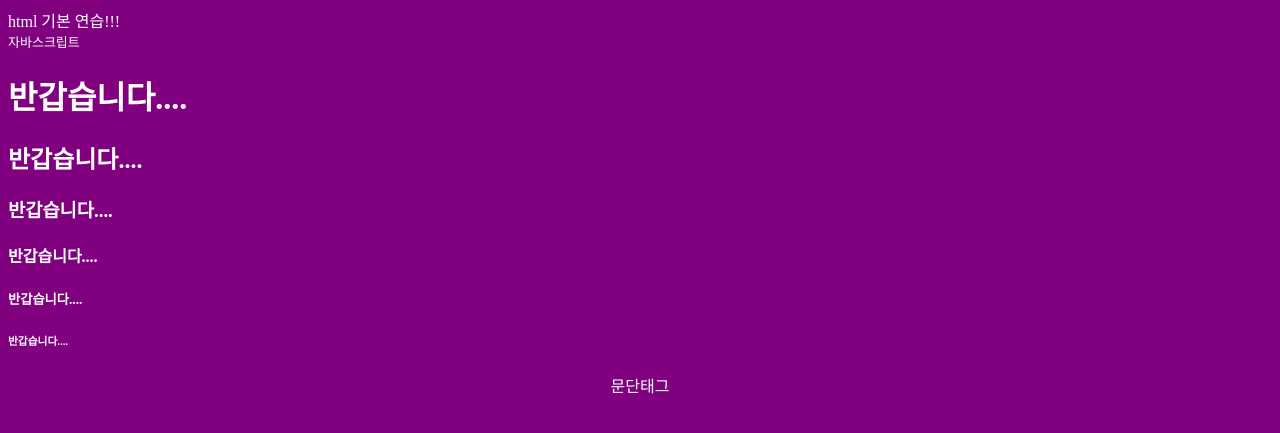
Repository: salee1023/JSP_Practice
Page: HTML_CSS_JS_practice01/src/main/webapp/html01.htm
The author's editor kept a copy of each file at every save. The page is drawn from the files as they stood at one save, then again after the next save.
The browser window is 1280 px wide. The pictures show the whole page.

Above is the page before, as saved 2021-08-16 09:08:20.

### HTML_CSS_JS_practice01/src/main/webapp/html01.htm
<!DOCTYPE html>
<!--
	html 기본 구조
	<html>
		<head>
			<meta charset = "utf-8">
			<title>문서의 제목</title>
		</head>
		<body>
			문서의 내용
		</body?
	</html>
 -->
<html>
<head>
<meta charset="utf-8">
<title>html 연습</title>
</head>
<body bgcolor="purple" text="white">
	html 기본 연습!!!<br><font face="바탕" size="2">자바스크립트</font><h1>반갑습니다....</h1>
	<h2>반갑습니다....</h2><h3>반갑습니다....</h3><h4>반갑습니다....</h4><h5>반갑습니다....</h5><h6>반갑습니다....</h6>
	<p align="center">문단태그</p>
</body>
</html>

After the next save:
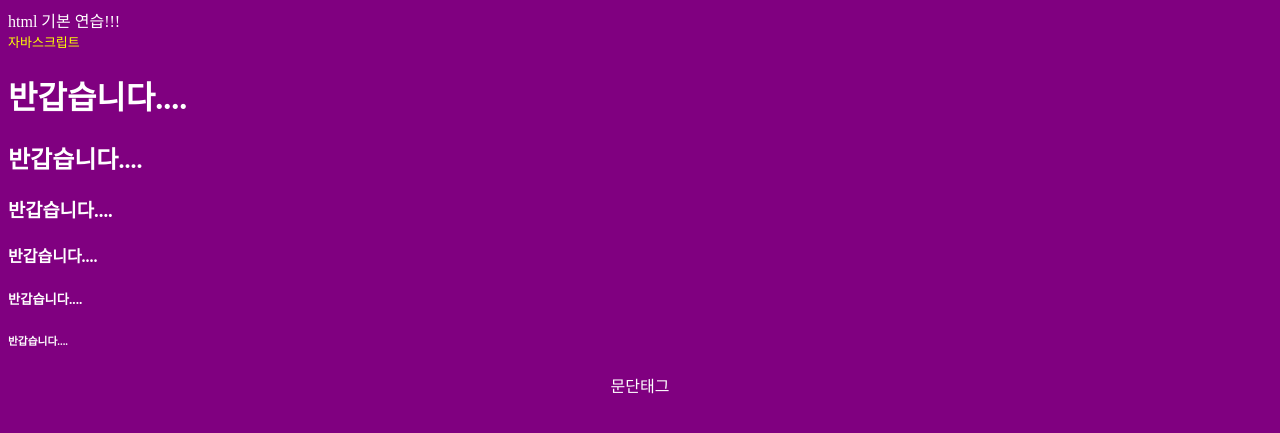
Saved 29 s later.
--- a/HTML_CSS_JS_practice01/src/main/webapp/html01.htm
+++ b/HTML_CSS_JS_practice01/src/main/webapp/html01.htm
@@ -17,7 +17,7 @@
 <title>html 연습</title>
 </head>
 <body bgcolor="purple" text="white">
-	html 기본 연습!!!<br><font face="바탕" size="2">자바스크립트</font><h1>반갑습니다....</h1>
+	html 기본 연습!!!<br><font face="바탕" size="2" color="yellow">자바스크립트</font><h1>반갑습니다....</h1>
 	<h2>반갑습니다....</h2><h3>반갑습니다....</h3><h4>반갑습니다....</h4><h5>반갑습니다....</h5><h6>반갑습니다....</h6>
 	<p align="center">문단태그</p>
 </body>
